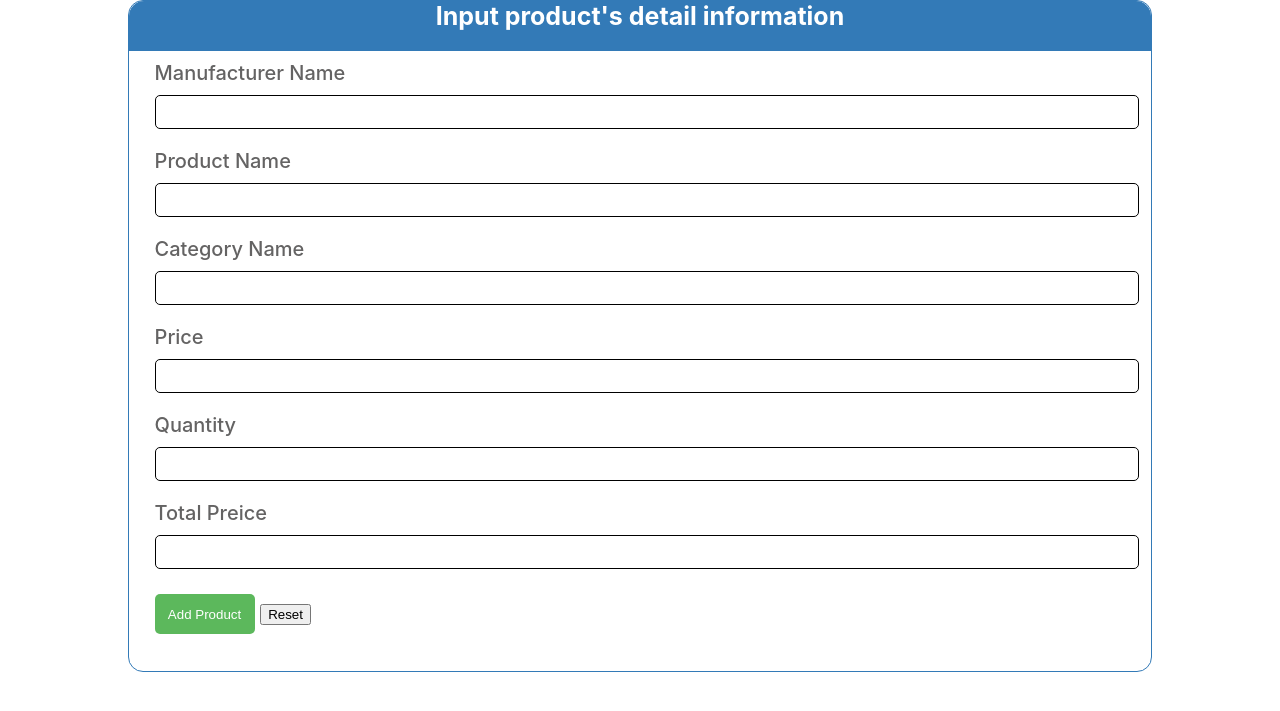
Repository: AnhDuc0125/HTML-Aptech
Page: bt2019/index.html
The author's editor kept a copy of each file at every save. The page is drawn from the files as they stood at one save, then again after the next save.
The browser window is 1280 px wide. The pictures show the whole page.

Above is the page before, as saved 2021-11-29 20:53:16.

After the next save:
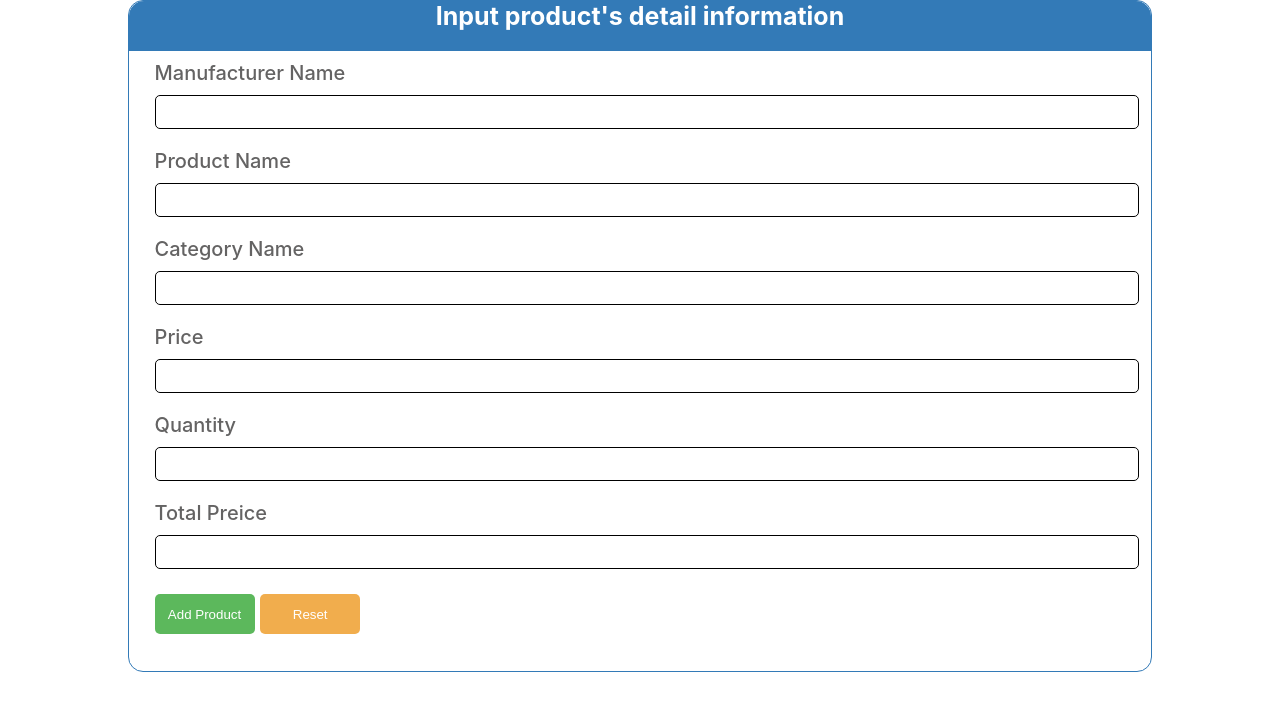
Saved 30 s later.
--- a/bt2019/style.css
+++ b/bt2019/style.css
@@ -57,3 +57,12 @@ input {
     width: 100px;
     height: 40px;
 }
+
+.reset-btn {
+    background-color: #f1ad4d;
+    color: white;
+    border-radius: 5px;
+    border: none;
+    width: 100px;
+    height: 40px;
+}
